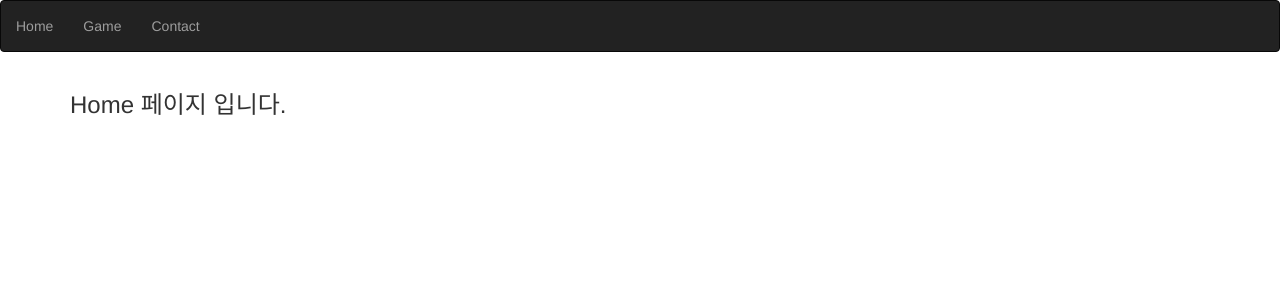
Repository: hyunhee7/web_work
Page: http://localhost/Step10_Include/test7/home.jsp
An editor plug-in stored every save of this project. The page is shown before and after the next save, followed by the edit.
The browser window is 1280 px wide. The pictures show the whole page.
The page is served by Tomcat 9.

Above is the page before, as saved 2017-06-29 07:35:22.

After the next save:
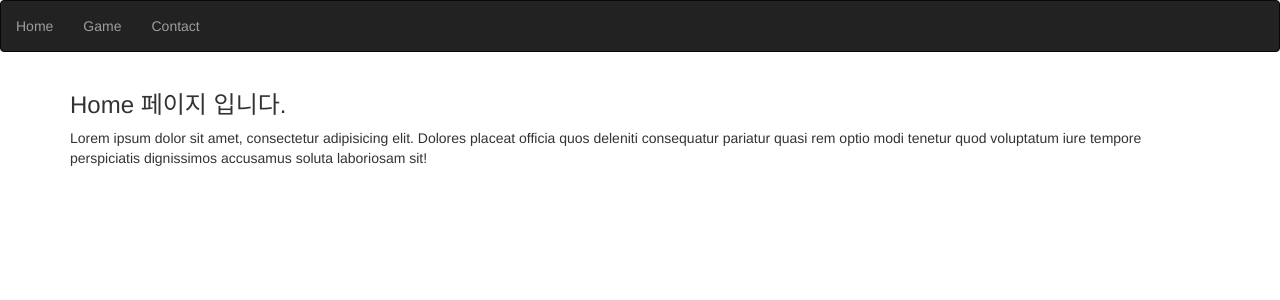
Saved 13 s later.
--- a/Step10_Include/WebContent/test7/home.jsp
+++ b/Step10_Include/WebContent/test7/home.jsp
@@ -11,6 +11,10 @@
 <jsp:include page="navbar.jsp"></jsp:include>
 <div class="container">
 	<h3>Home 페이지 입니다.</h3>
+	<p>Lorem ipsum dolor sit amet, consectetur adipisicing elit.
+	Dolores placeat officia quos deleniti consequatur pariatur quasi
+	rem optio modi tenetur quod voluptatum iure tempore perspiciatis
+	dignissimos accusamus soluta laboriosam sit!</p>
 </div>
 </body>
 </html>
